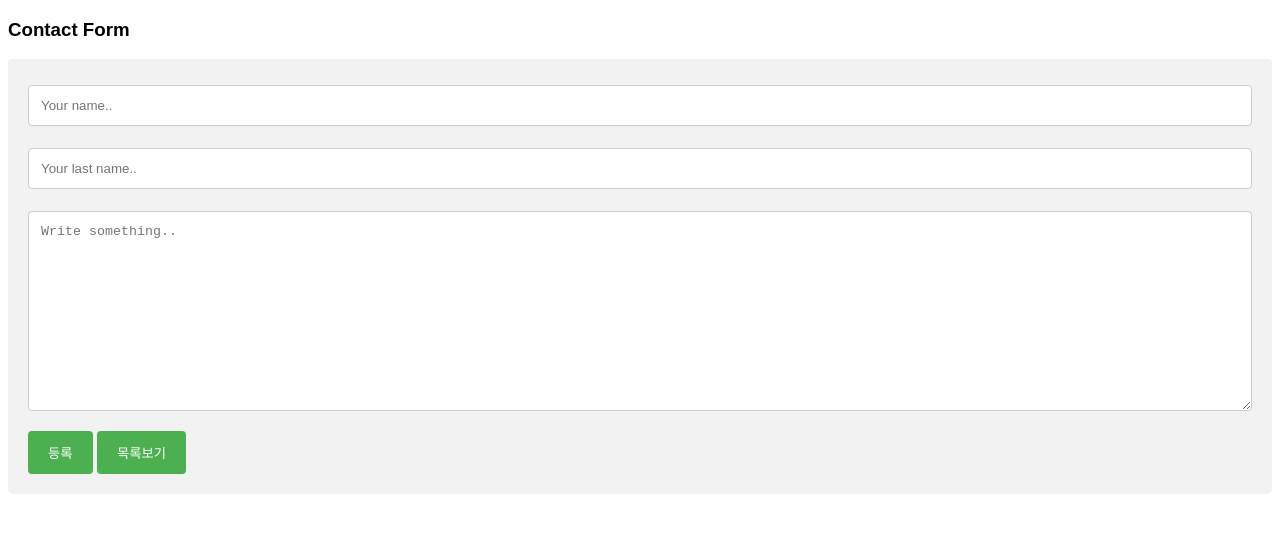
Repository: SyngyeonTak/javaee_workspace
Page: http://localhost/MySite/board/regist_form.jsp
The author's editor kept a copy of each file at every save. The page is drawn from the files as they stood at one save, then again after the next save.
The browser window is 1280 px wide. The pictures show the whole page.
The page is served by Tomcat 9. Other server files are loaded and not shown.

Above is the page before, as saved 2020-12-11 02:12:26.

### MySite/WebContent/board/regist_form.jsp
<%@ page contentType="text/html;charset=utf-8"%>
<!DOCTYPE html>
<html>
<head>
<meta name="viewport" content="width=device-width, initial-scale=1">
<style>
body {font-family: Arial, Helvetica, sans-serif;}
* {box-sizing: border-box;}

input[type=text], select, textarea {
  width: 100%;
  padding: 12px;
  border: 1px solid #ccc;
  border-radius: 4px;
  box-sizing: border-box;
  margin-top: 6px;
  margin-bottom: 16px;
  resize: vertical;
}

input[type=button] {
  background-color: #4CAF50;
  color: white;
  padding: 12px 20px;
  border: none;
  border-radius: 4px;
  cursor: pointer;
}

input[type=button]:hover {
  background-color: #45a049;
}

.container {
  border-radius: 5px;
  background-color: #f2f2f2;
  padding: 20px;
}
</style>
</head>
<body>

<h3>Contact Form</h3>

<div class="container">
  <form action="/action_page.php">
    <input type="text" name="writer" placeholder="Your name..">

    <input type="text" name="title" placeholder="Your last name..">

    <textarea name="content" placeholder="Write something.." style="height:200px"></textarea>

    <input type="button" value="등록">
    <input type="button" value="목록보기" onClick = "location.href = 'list.jsp'">
  </form>
</div>

</body>
</html>

After the next save:
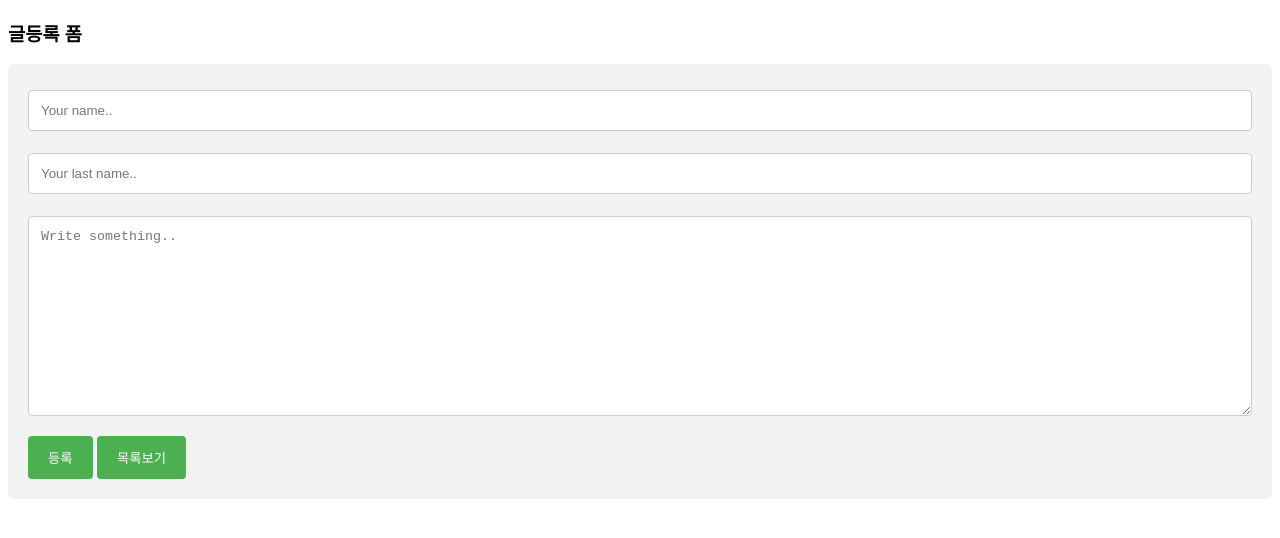
Saved 20 s later.
--- a/MySite/WebContent/board/regist_form.jsp
+++ b/MySite/WebContent/board/regist_form.jsp
@@ -40,7 +40,7 @@ input[type=button]:hover {
 </head>
 <body>
 
-<h3>Contact Form</h3>
+<h3>글등록 폼</h3>
 
 <div class="container">
   <form action="/action_page.php">
